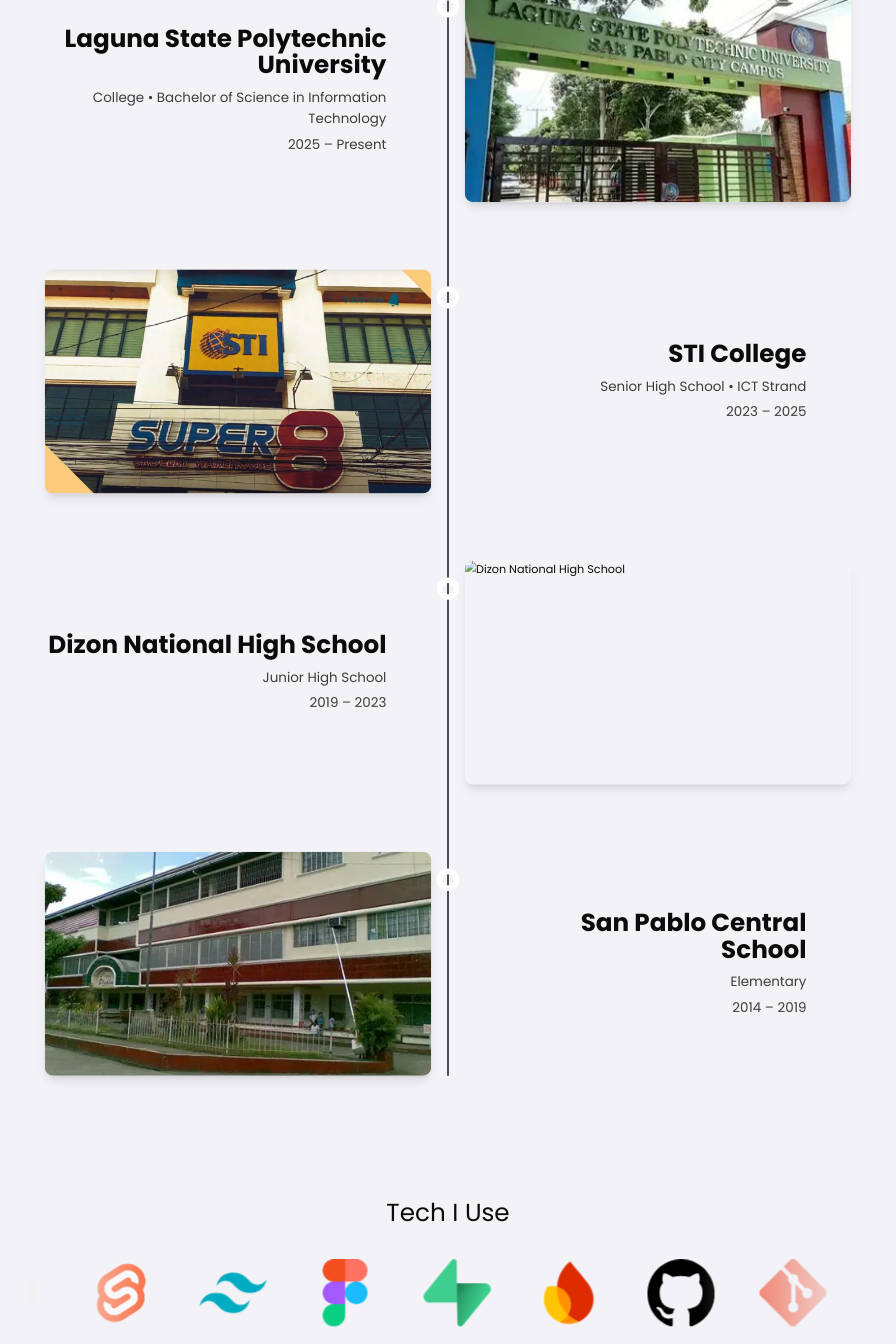
Repository: Latrell26/Portfolio-schoolProject
Page: /
The author's editor kept a copy of each file at every save. The page is drawn from the files as they stood at one save, then again after the next save.
The browser window is 1280 px wide. The pictures show the part of the page from y = 1787 to 3707 px (the page is 6276 px tall), at 70% of full size.
The project was rebuilt for these pictures with package versions that can differ from the ones it lists, and the page was loaded fresh each time. Also part of the build but not shown: svelte.config.js, vite.config.js.

Above is the page before, as saved 2026-01-02 22:33:44.

### index.html
<!doctype html>
<html lang="en">
  <head>
    <meta charset="UTF-8" />
    <link rel="icon" type="image/svg+xml" href="/vite.svg" />
    <meta name="viewport" content="width=device-width, initial-scale=1.0" />
    <title>my-portfolio</title>
    <link rel="preconnect" href="https://fonts.googleapis.com">
<link rel="preconnect" href="https://fonts.gstatic.com" crossorigin>
<link href="https://fonts.googleapis.com/css2?family=Poppins:ital,wght@0,100;0,200;0,300;0,400;0,500;0,600;0,700;0,800;0,900;1,100;1,200;1,300;1,400;1,500;1,600;1,700;1,800;1,900&display=swap" rel="stylesheet">
 <link
    rel="stylesheet"
    href="https://cdnjs.cloudflare.com/ajax/libs/font-awesome/6.5.0/css/all.min.css"
  />
  </head>
  <body>
    <div id="app"></div>
    <script type="module" src="/src/main.js"></script>
  </body>
</html>

### src/app.css
@import "tailwindcss";

@theme {
  --color-dark: var(--dark);
  --color-medyolight: var(--medyolight);
  --color-light: var(--light);
}

:root {
  font-family: poppins;
  line-height: 1.5;
  font-weight: 400;
  color-scheme: light dark;
  color: #0B0B0B;
  background-color: #F2F2F7;
  font-synthesis: none;
  text-rendering: optimizeLegibility;
  -webkit-font-smoothing: antialiased;
  -moz-osx-font-smoothing: grayscale;
  --dark: #0B0B0B;
  --light: #F2F2F7;
  --medyolight: #3D3D3D;
  --light_bg: #F2F2F7;

  --tooltip-bg: var(--dark);
  --tooltip-text: var(--light);
  --tooltip-border: var(--dark);
}

.dark-mode {
  --dark: #0B0B0B;
  --medyolight: #E0E0E0;
  --light: #F2F2F7;
  --light_bg: #0B0B0B;
}

.dark-mode {
  background-color: var(--dark);
  color: var(--light);
  border-top-color: var(--light);
}

html{
  scroll-behavior: smooth;
  transition: color 0.3s ease;

}

h1 {
  font-size: clamp(4rem, 7vw, 8rem);
  font-weight: 700;
  line-height: 1.1;
}
h2 {
  font-size: clamp(2rem, 6vw, 3.5rem);
  line-height: 1.1;
}
h3 {
  font-size: clamp(2rem, 6vw, 2.2rem);
  line-height: 1.1;
}
h4 {
  font-size: clamp(1rem, 6vw, 2rem);
  line-height: 1.1;
}
h5{
  font-size: clamp(2rem, 3vw, 2.5rem);
}
p{
  font-size: clamp(1rem, 6vw, 1.2rem);
  color: var(--medyolight);
}

span{
  color: var(--light);
}

.border-light {
  border-color: transparent;
}
.border-t-light {
  border-top-color: var(--dark);
}

@keyframes slide {
    from {
      transform: translateX(-100%);
    }
    to {
      transform: translateX(0);
    }
  }

### src/App.svelte
<script>
  import svelteLogo from "./assets/svelte.svg";
  import viteLogo from "/vite.svg";
  import NavBar from "./lib/navBar.svelte";
  import Footer from "./lib/footer.svelte";
  import * as img from "./imagedata.js";
  import { projects } from "./lib/arrayObjectsData.js";
  import { education } from "./lib/arrayObjectsData.js";
  import ProjectCard from "./lib/components-cards.svelte";
  import TimelineItem from "./lib/TimeLineItem.svelte";
  const icons = [
    { src: img.csharplogo, name: "C#" },
    { src: img.csslogo, name: "CSS" },
    { src: img.htmllogo, name: "HTML" },
    { src: img.javalogo, name: "Java" },
    { src: img.jslogo, name: "JavaScript" },
    { src: img.pythonlogo, name: "Python" },
    { src: img.sveltelogo, name: "Svelte" },
    { src: img.tailwindlogo, name: "Tailwind CSS" },
    { src: img.figmalogo, name: "Figma" },
    { src: img.supabaselogo, name: "Supabase" },
    { src: img.firebaselogo, name: "Firebase" },
    { src: img.github, name: "GitHub" },
    { src: img.gitlogo, name: "Git" },
  ];
</script>

<main class="max-w-330 mx-auto pt-2 px-4 lg:px-10 duration-300">
  <NavBar />
  <section
    class="h-screen flex flex-col justify-center items-center text-center"
    id="home"
  >
    <div>
      <h1 class="font-bold">Latrell Cruz</h1>
      <p class=" text-lg max-w-2xl">
        Aspiring Front-End Developer and senior high school student focused on
        building clean, responsive websites.
      </p>
    </div>

    <div class="flex flex-row gap-4 mt-4 justify-center items-center">
      <a href="https://www.facebook.com/share/1Da6x7yam2/">
        <i class="fa-brands fa-facebook text-[2.7rem] hover:text-[#1877F2] duration-300"></i>
      </a>
      <a href="https://www.linkedin.com/in/latrell-cruz-a11975387/">
        <i class="fa-brands fa-linkedin text-[2.8rem] hover:text-[#0A66C2] duration-300"></i>
      </a>
      <a href="https://github.com/Latrell26">
        <i class="fa-brands fa-github text-[2.8rem] duration-300"></i>
      </a>
    </div>
  </section>

  <section class="mb-35 pt-10" id="about">
    <div class="flex flex-wrap justify-between items-center">
      <div class="flex flex-col">
        <h2 class="mb-6">About me</h2>
        <div class="max-w-[50rem] leading-10 flex-1 text-justify">
          <p>
            Hey there! I'm Latrell Cruz from Brgy. San Nicolas, San Pablo City.
            I love making digital experiences that are easy to use and fun to
            interact with.
          </p>
          <p class="mt-4">
            I’m currently a 1st year student at LSPU San Pablo Campus, studying
            Information Technology. I’ve always been interested in technology
            and design, which made me focus on front-end development and UI/UX.
            I enjoy mixing creativity with coding to build websites and apps
            that people like and find useful.
          </p>
          <p class="mt-4">
            I am also part of OCTA, an organization in LSPU, where I belong to
            the Software Engineering as part of the Front-End team.
            Being part of OCTA helps me gain real experience, work with other
            developers, and improve my skills even more.
          </p>
        </div>
      </div>
      <img src={img.me} alt="me" class="hidden xl:block w-auto h-auto" />
    </div>
  </section>
  <section id="education" class="py-20 px-6">
  <div class="max-w-6xl mx-auto">
    <h2 class="text-center mb-20">Education</h2>

    <div class="relative">
      <div class="absolute left-1/2 transform -translate-x-1/2 w-0.5 bg-dark h-full hidden lg:block"></div>

      <div class="space-y-0">
        {#each education as edu, i}
          <TimelineItem
            school={edu.school}
            level={edu.level}
            year={edu.year}
            image={edu.image}
            imageAlt={edu.imageAlt}
            isLeft={i % 2 === 0}
          />
        {/each}
      </div>
    </div>
  </div>
</section>
  <section class="mb-5">
    <h3 class="flex justify-center items-center">Tech I Use</h3>
    <div class="relative overflow-hidden py-4 pt-12">
      <div
        class="pointer-events-none absolute inset-0 z-10
          bg-[linear-gradient(to_right,var(--light_bg)_0%,transparent_20%,transparent_80%,var(--light_bg)_100%)]
          "
      ></div>

      <div class="flex animate-[slide_26s_linear_infinite] gap-8 md:gap-16">
  <div class="flex gap-8 md:gap-16 flex-none">
    {#each icons as icon}
      <div class="relative group">
        <img
          src={icon.src}
          alt={icon.name}
          class="flex-none
                 h-12 w-12 sm:h-16 sm:w-16 md:h-24 md:w-24
                 transition-transform duration-300 ease-out
                 group-hover:scale-110 group-hover:-translate-y-2
                 cursor-pointer"
        />

        <span
          class="tooltip absolute bottom-full left-1/2 -translate-x-1/2 mb-3
                 px-3 sm:px-4 py-1 sm:py-2 text-xs sm:text-sm font-medium
                 rounded-lg opacity-0 group-hover:opacity-100
                 pointer-events-none whitespace-nowrap
                 transition-opacity duration-300 ease-out shadow-lg"
        >
          {icon.name}
          <span
            class="absolute top-full left-1/2 -translate-x-1/2
                   border-4 sm:border-8 border-light border-t-light"
          ></span>
        </span>
      </div>
    {/each}
  </div>

  <div class="flex gap-8 md:gap-16 flex-none">
    {#each icons as icon}
      <div class="relative group">
        <img
          src={icon.src}
          alt={icon.name}
          class="flex-none
                 h-12 w-12 sm:h-16 sm:w-16 md:h-24 md:w-24
                 transition-transform duration-300 ease-out
                 group-hover:scale-110 group-hover:-translate-y-2
                 cursor-pointer"
        />

        <span
          class="tooltip absolute bottom-full left-1/2 -translate-x-1/2 mb-3
                 px-3 sm:px-4 py-1 sm:py-2 text-xs sm:text-sm font-medium
                 rounded-lg opacity-0 group-hover:opacity-100
                 pointer-events-none whitespace-nowrap
                 transition-opacity duration-300 ease-out shadow-lg"
        >
          {icon.name}
          <span
            class="absolute top-full left-1/2 -translate-x-1/2
                   border-4 sm:border-8 border-light border-t-light"
          ></span>
        </span>
      </div>
    {/each}
  </div>
</div>

      </div>
  </section>

  <section class="mb-70 pt-20" id="projects">
    <h2 class="text-center mb-8">What I Build</h2>
    <div class="flex flex-wrap justify-center">
      <div class="grid grid-cols-1 lg:grid-cols-2 gap-16">
        {#each projects as project}
          <ProjectCard
            image={project.image}
            title={project.title}
            text={project.text}
            logo={project.logo || []}
            url={project.url}
          />
        {/each}
      </div>
    </div>
  </section>
  <section id="contact" class="pt-20">
    <Footer />
  </section>
</main>

<style>
  .tooltip {
    background-color: #0b0b0b;
    color: #f2f2f7;
    border-color: #0b0b0b;
  }

  .tooltip span {
    border-top-color: #0b0b0b;
  }

  :global(.dark-mode) .tooltip {
    background-color: #f2f2f7;
    color: #0b0b0b;
    border-color: #f2f2f7;
  }

  :global(.dark-mode) .tooltip span {
    border-top-color: #f2f2f7;
  }
</style>

### src/lib/navBar.svelte
<script>
  import { onMount } from "svelte";

  let isDark = false;
  let currentIcon;
  let menuOpen = false;
  let scrolled = false;
  let activeSection = "home";

  let prevScrollY = 0;
  let navbarVisible = true;
  let forceHide = false;

  const sunIcon = `
    <svg xmlns="http://www.w3.org/2000/svg" viewBox="0 0 24 24"
         fill="none" stroke="currentColor" class="w-4 h-4">
      <path stroke-linecap="round" stroke-linejoin="round" stroke-width="2"
            d="M12 3v1m0 16v1m9-9h-1M4 12H3
               m15.364 6.364l-.707-.707
               M6.343 6.343l-.707-.707
               m12.728 0l-.707.707
               M6.343 17.657l-.707.707
               M16 12a4 4 0 11-8 0 4 4 0 018 0z"/>
    </svg>
  `;

  const moonIcon = `
    <svg xmlns="http://www.w3.org/2000/svg" viewBox="0 0 24 24"
         fill="none" stroke="currentColor" class="w-4 h-4">
      <path stroke-linecap="round" stroke-linejoin="round" stroke-width="2"
            d="M20.354 15.354A9 9 0 018.646 3.646
               9.003 9.003 0 0012 21
               a9.003 9.003 0 008.354-5.646z"/>
    </svg>
  `;

  function applyDarkMode(value) {
    document.documentElement.classList.toggle("dark-mode", value);
    localStorage.setItem("darkMode", value);
    currentIcon = value ? moonIcon : sunIcon;
  }

  function toggleDarkMode() {
    isDark = !isDark;
    applyDarkMode(isDark);
  }

  function hideNavbarAfterClick() {
    forceHide = true;
    navbarVisible = false;
    setTimeout(() => forceHide = false, 1200);
  }

  onMount(() => {
    const saved = localStorage.getItem("darkMode");
    isDark = saved !== null
      ? saved === "true"
      : window.matchMedia("(prefers-color-scheme: dark)").matches;
    applyDarkMode(isDark);

    const handleScroll = () => {
      if (forceHide) return;

      const currentScrollY = window.scrollY;
      scrolled = currentScrollY > 50;

      if (currentScrollY > prevScrollY && currentScrollY > 100) {
        navbarVisible = false;
      } else if (currentScrollY < prevScrollY) {
        navbarVisible = true;
      }

      if (currentScrollY <= 10) navbarVisible = true;
      prevScrollY = currentScrollY;
    };

    window.addEventListener("scroll", handleScroll);

    const sections = document.querySelectorAll("section[id]");
    const observer = new IntersectionObserver(
      entries => {
        entries.forEach(entry => {
          if (entry.isIntersecting) activeSection = entry.target.id;
        });
      },
      { threshold: 0.5 }
    );
    sections.forEach(sec => observer.observe(sec));

    return () => {
      window.removeEventListener("scroll", handleScroll);
      observer.disconnect();
    };
  });
</script>

<nav
  class={`fixed top-0 left-0 right-0 z-50 py-2 transition-all duration-300 ease-out
  bg-transparent ${scrolled ? "bg-white/10 border-b border-white/20 backdrop-blur-xl shadow-md" : "border-b border-transparent"}
  ${navbarVisible ? "translate-y-0" : "-translate-y-full"}`}
>
  <div class="flex justify-between items-center max-w-7xl mx-auto px-4">
    <h5 class="font-semibold">LC</h5>

    <ul class="hidden md:flex gap-12 text-lg">
      {#each ["home","about","education","projects","contact"] as item}
        <li class="hover:underline underline-offset-4">
          <a href={`#${item}`} on:click={hideNavbarAfterClick}
             class={activeSection === item ? "underline" : ""}>
            {item[0].toUpperCase() + item.slice(1)}
          </a>
        </li>
      {/each}
    </ul>

    <button class="md:hidden text-2xl" on:click={() => menuOpen = true}>☰</button>

    <button
      on:click={toggleDarkMode}
      class="hidden md:flex relative w-14 h-7 rounded-full bg-white shadow-md flex items-center cursor-pointer"
    >
      <div class="w-7 h-7 rounded-full transition-all duration-300 flex items-center justify-center text-white
                  {isDark ? 'bg-dark translate-x-7' : 'bg-yellow-500 translate-x-0'}">
        {@html currentIcon}
      </div>
    </button>
  </div>
</nav>

<div
  class={`fixed top-0 right-0 h-full w-64 bg-black/80 backdrop-blur-xl text-white p-6 z-40
    transition-transform duration-300 ${menuOpen ? "translate-x-0" : "translate-x-full"}`}
>
  <button class="text-3xl mb-6" on:click={() => menuOpen = false}>✕</button>

  <button
    on:click={toggleDarkMode}
    class="relative w-14 h-7 rounded-full bg-white shadow-md flex items-center cursor-pointer mb-6"
  >
    <div class="w-7 h-7 rounded-full transition-all duration-300 flex items-center justify-center text-white
                {isDark ? 'bg-dark translate-x-7' : 'bg-yellow-500 translate-x-0'}">
      {@html currentIcon}
    </div>
  </button>

  <ul class="flex flex-col gap-6 text-xl">
    {#each ["home","about","education","projects","contact"] as item}
      <li>
        <a href={`#${item}`} on:click={() => { menuOpen = false; hideNavbarAfterClick(); }}
           class={activeSection === item ? "underline" : ""}>
          {item[0].toUpperCase() + item.slice(1)}
        </a>
      </li>
    {/each}
  </ul>
</div>

<style>
  .dark-mode {
    --dark: #0B0B0B;
    --light: #F2F2F7;
    background-color: var(--dark);
    color: var(--light);
  }
</style>

### src/lib/footer.svelte
    <script>
    import * as img from "../imagedata.js";
    </script>

    <footer class="" >
    <div class="max-w-7xl mx-auto">

        <div class="max-w-2xl">

        <h2 class="">Let's work together</h2>

        <form class="mt-10 space-y-8">
            <div>
            <p class="">Name</p>
            <input
                type="text"
                required
                placeholder="Yourname"
                class="w-full px-0 py-2 bg-transparent border-b-2
                    focus:outline-none
                    placeholder-medyolight"
            />
            </div>

            <div>
            <p class="">Email</p>
            <input
                type="email"
                required
                placeholder="your.email@example.com"
                class="w-full px-0 py-2 bg-transparent border-b-2
                    focus:outline-none
                    placeholder-medyolight"
            />
            </div>
            <div>
            <p class="">Message</p>
            <textarea
                required
                rows="3"
                placeholder="Say hello..."
                class="w-full px-0 py-2 bg-transparent border-b-2
                    focus:outline-none
                    resize-none placeholder-medyolight"
            ></textarea>
            </div>

            <button
            type="submit"
            class="px-8 py-4 bg-dark rounded-lg text-light cursor-pointer hover:bg-light border-1  hover:text-dark duration-400 ease-out"
            >
            Send message
            </button>
        </form>

        <div class="flex flex-row items-center gap-4 mt-16">
            <a
            href="https://www.facebook.com/share/1Da6x7yam2/"
            >
            <i class="fa-brands fa-facebook text-[2.2rem] hover:text-[#1877F2] duration-300"></i>

            </a>
            <a
            href="https://www.linkedin.com/in/latrell-cruz-a11975387/"
            >
            <i class="fa-brands fa-linkedin text-[2.3rem] hover:text-[#0A66C2] duration-300"></i>

            </a>
            <a
            href="https://github.com/Latrell26"
            >
            <i class="fa-brands fa-github text-[2.3rem] duration-300"></i>
            </a>
        </div>


        <div class="mt-16 mb-8">
            <h6 class="text-sm text-medyolight">© 2025 Latrell Cruz. All rights reserved.</h6>
        </div>

        </div>
    </div>
    </footer>

### src/lib/arrayObjectsData.js
    import * as img from "../imagedata.js";

    export const projects = [
    {
        image: img.antellDesgin,
        logo: [img.figmalogo],
        title: "AntelL Designs",
        text: "Antell Design is a project I made when I was doing my OJT at Frontline Business Solutions in Grade 12. It is one of the real projects we worked on, and it helped me learn more about design and how to create better work.",
        url: "https://www.figma.com/proto/a4Op28PIk09pDW6BaRUi9R/Untitled?node-id=19-143&starting-point-node-id=19%3A143",
    },
    {
        image: img.raiohDesign,
        logo: [img.htmllogo, img.csslogo, img.jslogo],
        title: "Raioh Design",
        text: "Raioh Design is another project I made during my OJT at Frontline Business Solutions. This project is also coded, not just a simple design. I learned a lot from this because it helped me understand real work and how to build working projects.",
        url: "https://latrell26.github.io/Raioh-Design/",
    },
    {
        image: img.insideStyle,
        logo: [img.htmllogo, img.csslogo, img.jslogo],
        title: "Inside Style",
        text: "Inside Style is also a project we made during our OJT. This is not just a mockup, because it is a real project with actual code. This project helped me practice more and improve my skills in web development.",
        url: "https://bespoke-entremet-1c588e.netlify.app/"
    },
    {
        image: "https://placehold.co/600x350",
        title: "Soon...",

    }
];
export const education = [
    {
      school: "Laguna State Polytechnic University",
      level: "College • Bachelor of Science in Information Technology",
      year: "2025 – Present",
      image: img.lspu,
    },
    {
      school: "STI College",
      level: "Senior High School • ICT Strand",
      year: "2023 – 2025",
      image: img.sti,
      imageAlt: "STI College"
    },
    {
      school: "Dizon National High School",
      level: "Junior High School",
      year: "2019 – 2023",
      imageSrc: "/images/dizon.jpg",
      imageAlt: "Dizon National High School"
    },
    {
      school: "San Pablo Central School",
      level: "Elementary",
      year: "2014 – 2019",
      image: img.central,
      imageAlt: "San Pablo Central School"
    },
  ];

### src/lib/components-cards.svelte
<script>
    export let image = "";
    export let title = "";
    export let text = "";
    export let logo = [];
    export let url = "#";

    let isDisabled = title === "Soon...";
</script>

<div class="group">
    <a
        href={isDisabled ? "#" : url}
        target="_blank"
        rel="noopener noreferrer"
        class={`block ${isDisabled ? 'pointer-events-none cursor-not-allowed' : ''}`}
    >
        <div class="mb-4 relative rounded-lg overflow-hidden">
            <div>
                <img
                    src={image}
                    alt={title}
                    class={`w-[600px] h-[350px] object-cover transition-transform duration-400 ease-out
                        ${isDisabled ? '' : 'group-hover:scale-104 cursor-pointer'}`}
                />

                <div class={`absolute inset-0
                            ${isDisabled ? 'opacity-0' : 'opacity-0 group-hover:opacity-100'}
                            transition-opacity duration-400 ease-out
                            backdrop-blur-sm
                            bg-white/5
                            flex items-end justify-center pb-8
                            pointer-events-none`}
                >
                    {#if !isDisabled}
                    <div class="bg-white/20 backdrop-blur-lg rounded-xl px-6 py-2 border border-white/30 shadow-xl
                                translate-y-4 group-hover:translate-y-0 transition-transform duration-400 ease-out">
                        <p class=" tracking-wide drop-shadow-lg">
                            <span>View project →</span>

                        </p>
                    </div>
                    {/if}
                </div>
            </div>
        </div>
    </a>

    <div>
        <h3 class="font-semibold mb-2">
            {title}
        </h3>

        <p class="leading-relaxed mb-2 max-w-[37rem] text-justify">
            {text}
        </p>

        <div class="flex gap-2 flex-wrap">
            {#each logo as icon}
                <img
                    src={icon}
                    alt="tech icon"
                    class="w-10 h-10 md:w-12 md:h-12 object-contain"
                />
            {/each}
        </div>
    </div>
</div>

### src/lib/TimeLineItem.svelte
<script>
  export let school = "";
  export let level = "";
  export let year = "";
  export let image = "";
  export let imageAlt = "";
  export let isLeft = true;
</script>

<div class="grid grid-cols-1 lg:grid-cols-2 gap-12 items-center relative mb-24">
    <div class={`text-left lg:text-right lg:pr-16 ${isLeft ? "order-2 lg:order-1" : "order-2 lg:order-2 text-right lg:text-left lg:pl-16"}`}>
        <h3 class="text-2xl md:text-3xl font-bold">{school}</h3>
        <p class="mt-3 text-lg">{level}</p>
        <p class="mt-2 ">{year}</p>
    </div>

    <div class={`${isLeft ? "order-1 lg:order-2" : "order-1 lg:order-1"}`}>
        <div class="rounded-xl shadow-lg overflow-hidden">
            <img
                src={image}
                alt={imageAlt}
                class="w-full h-80 object-cover transition-transform duration-500 hover:scale-105"
            />
        </div>
    </div>

    <div class="hidden lg:block absolute left-1/2 transform -translate-x-1/2 w-4 h-4 bg-primary rounded-full ring-8 ring-white dark:ring-gray-900 top-8"></div>
</div>

Loaded but not shown: src/main.js (common file); src/imagedata.js (59 lines, source omitted)

After the next save:
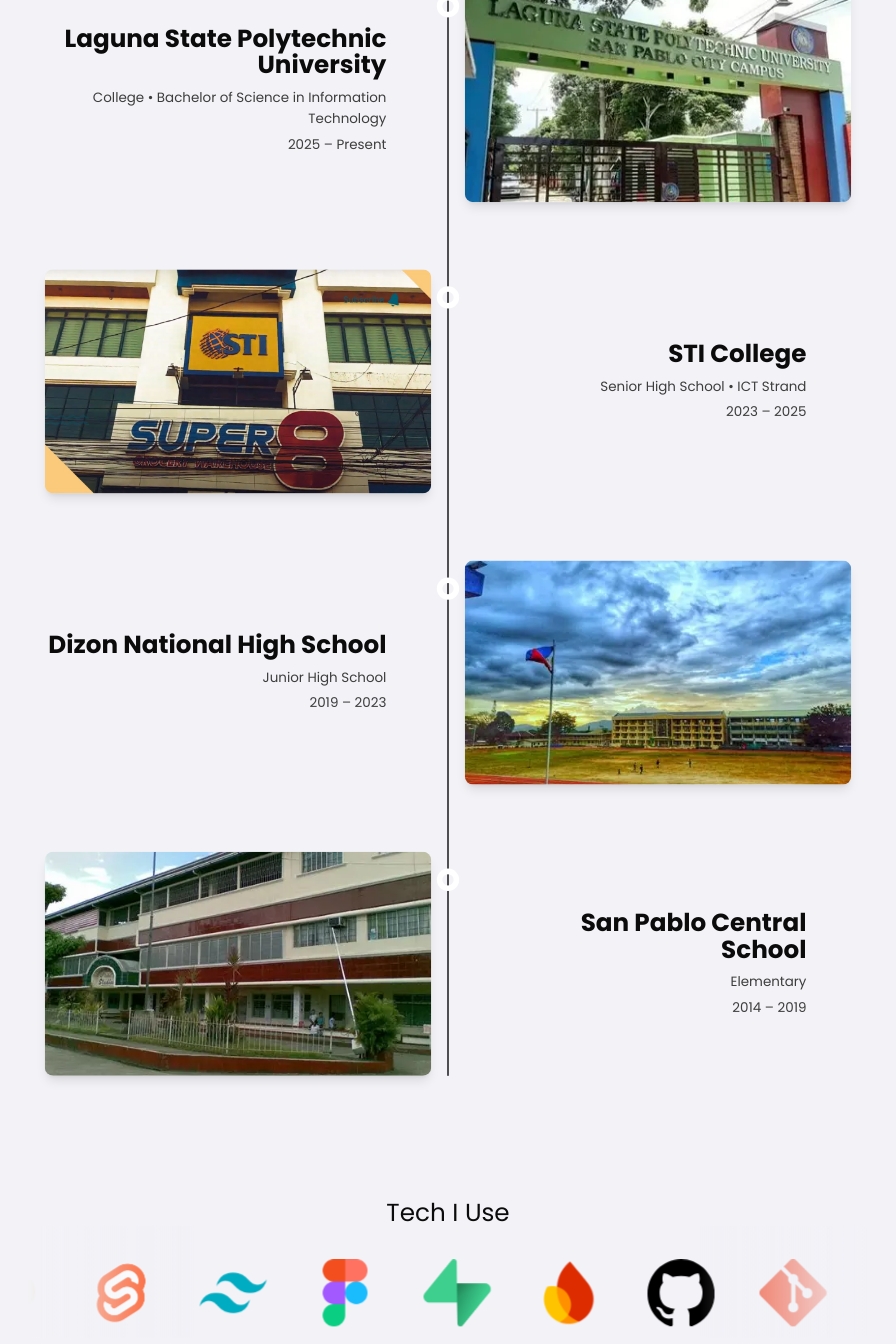
Saved 17 s later.
--- a/src/lib/arrayObjectsData.js
+++ b/src/lib/arrayObjectsData.js
@@ -46,7 +46,7 @@
       school: "Dizon National High School",
       level: "Junior High School",
       year: "2019 – 2023",
-      imageSrc: "/images/dizon.jpg",
+      image: img.dizon,
       imageAlt: "Dizon National High School"
     },
     {
